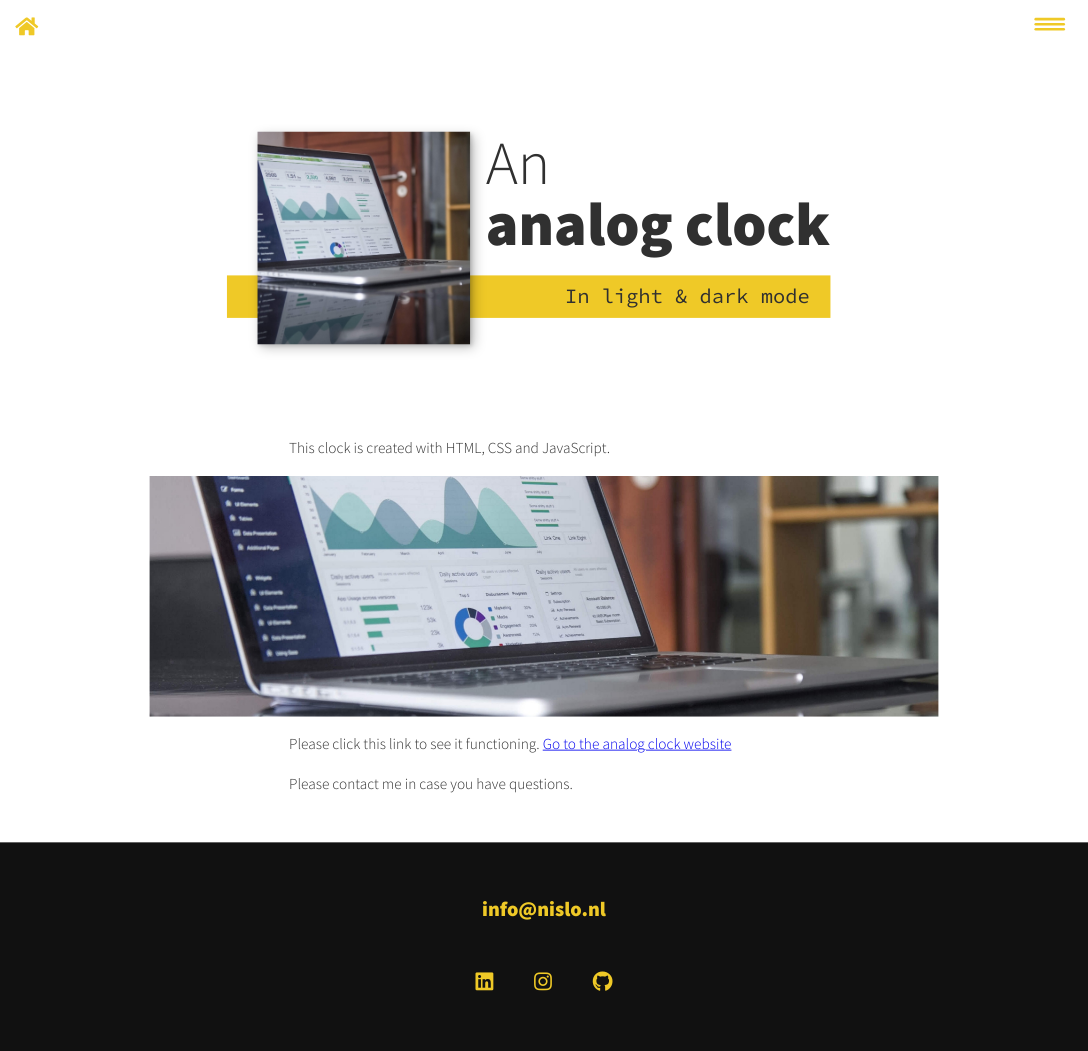
Repository: DaNiels89/portfolio
Page: portfolio-item-01.html
An editor plug-in stored every save of this project. The page is shown before and after the next save, followed by the edit.
The browser window is 1280 px wide. The pictures show the whole page, at 85% of full size.
Some web libraries are served in a nearby version.

Above is the page before, as saved 2020-06-20 13:56:21.

After the next save:
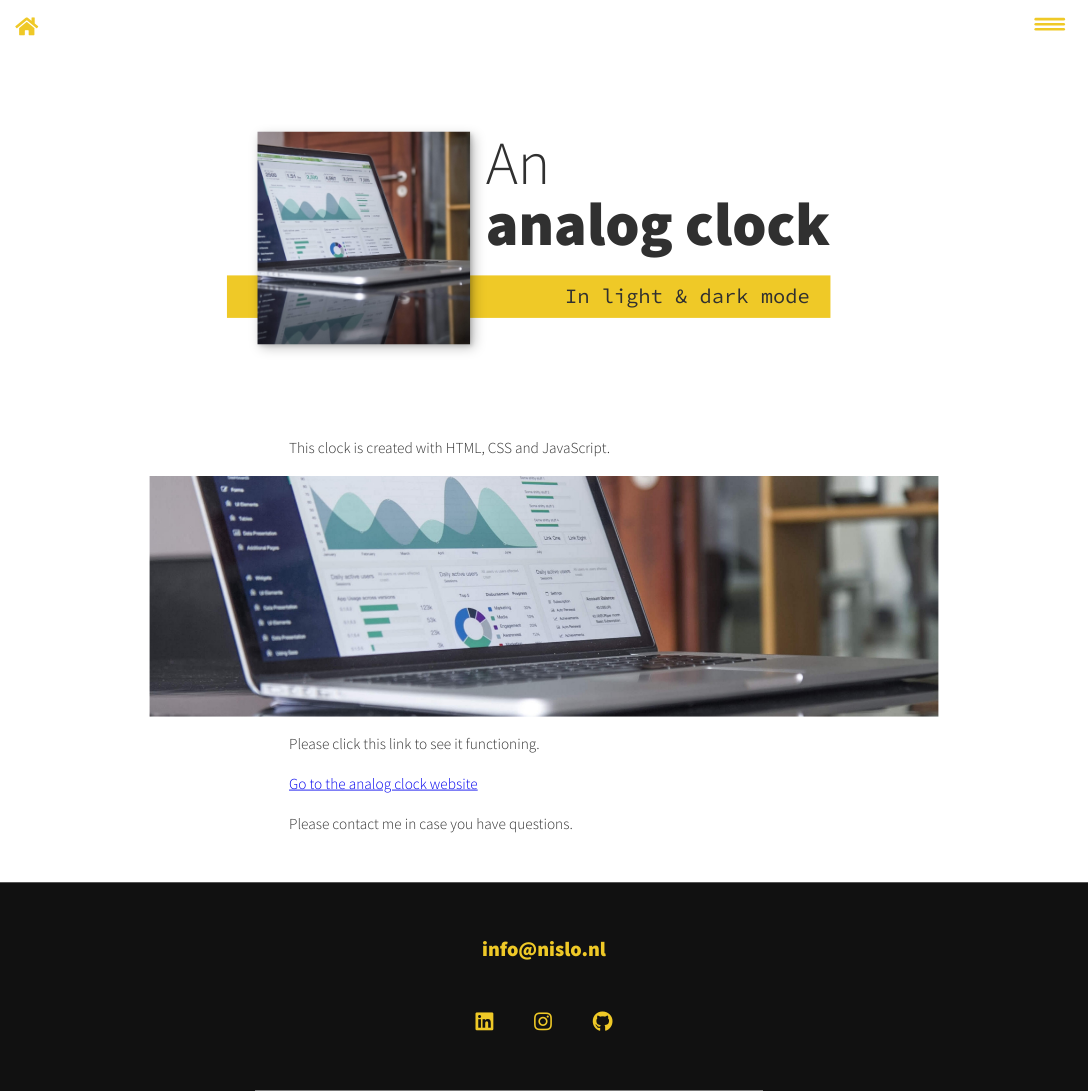
Saved 21 s later.
--- a/portfolio-item-01.html
+++ b/portfolio-item-01.html
@@ -83,7 +83,7 @@
 		<img src="img/portfolio-details.jpg" alt="" />
 		<p>
 			Please click this link to see it functioning.
-			<a href="#">Go to the analog clock website</a>
+		<p><a href="#">Go to the analog clock website</a></p>
 		</p>
 		<p>
 			Please contact me in case you have questions.
